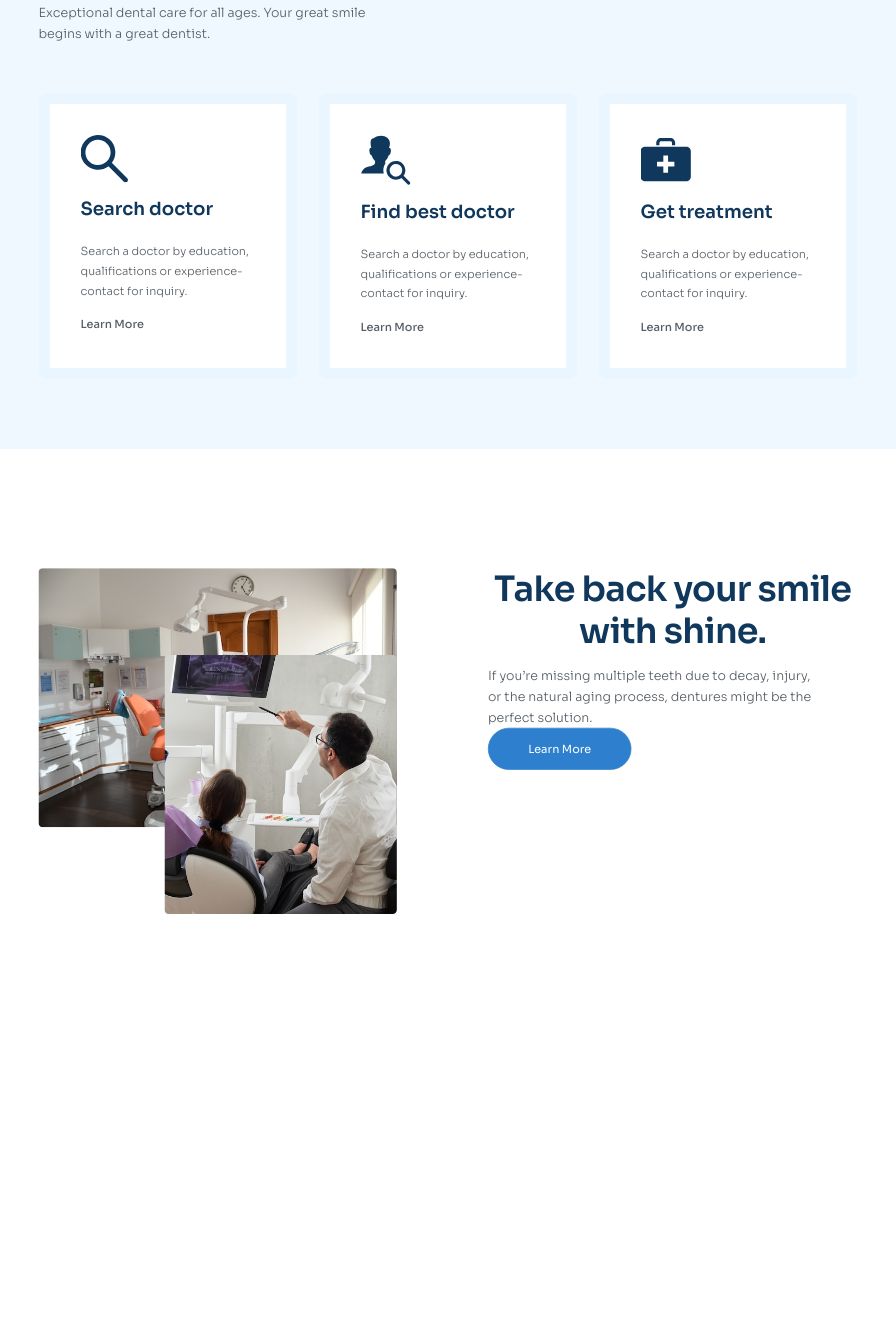
Repository: han2003dz/f8-project-03
Page: index.html
The author's editor kept a copy of each file at every save. The page is drawn from the files as they stood at one save, then again after a run of saves.
The browser window is 1280 px wide. The pictures show the part of the page from y = 2044 to 3964 px (the page is 6000 px tall), at 70% of full size.

Above is the page before, as saved 2023-05-06 22:21:25.

### index.html
<!DOCTYPE html>
<html lang="en">

<head>
    <meta charset="UTF-8">
    <meta http-equiv="X-UA-Compatible" content="IE=edge">
    <meta name="viewport" content="width=device-width, initial-scale=1.0">
    <title>Shine Smile</title>
    <!-- favicon -->
    <link rel="apple-touch-icon" sizes="57x57" href="./assets/favicon/apple-icon-57x57.png">
    <link rel="apple-touch-icon" sizes="60x60" href="./assets/favicon/apple-icon-60x60.png">
    <link rel="apple-touch-icon" sizes="72x72" href="./assets/favicon/apple-icon-72x72.png">
    <link rel="apple-touch-icon" sizes="76x76" href="./assets/favicon/apple-icon-76x76.png">
    <link rel="apple-touch-icon" sizes="114x114" href="./assets/favicon/apple-icon-114x114.png">
    <link rel="apple-touch-icon" sizes="120x120" href="./assets/favicon/apple-icon-120x120.png">
    <link rel="apple-touch-icon" sizes="144x144" href="./assets/favicon/apple-icon-144x144.png">
    <link rel="apple-touch-icon" sizes="152x152" href="./assets/favicon/apple-icon-152x152.png">
    <link rel="apple-touch-icon" sizes="180x180" href="./assets/favicon/apple-icon-180x180.png">
    <link rel="icon" type="image/png" sizes="192x192" href="./assets/favicon/android-icon-192x192.png">
    <link rel="icon" type="image/png" sizes="32x32" href="./assets/favicon/favicon-32x32.png">
    <link rel="icon" type="image/png" sizes="96x96" href="./assets/favicon/favicon-96x96.png">
    <link rel="icon" type="image/png" sizes="16x16" href="./assets/favicon/favicon-16x16.png">
    <link rel="manifest" href="./assets/favicon/manifest.json">
    <meta name="msapplication-TileColor" content="#ffffff">
    <meta name="msapplication-TileImage" content="./assets/favicon/ms-icon-144x144.png">
    <meta name="theme-color" content="#ffffff">
    <!-- embed font -->
    <link rel="preconnect" href="https://fonts.googleapis.com">
    <link rel="preconnect" href="https://fonts.gstatic.com" crossorigin>
    <link href="https://fonts.googleapis.com/css2?family=Sora:wght@300;400;500;600;700&display=swap" rel="stylesheet">
    <!-- my css -->
    <link rel="stylesheet" href="/assets/css/reset.css">
    <link rel="stylesheet" href="/assets/css/style.css">
</head>

<body style="height: 6000px;">
    <header class="header">
        <div class="container">
            <!-- nav -->
            <div class="navigation">
                <a href="#!">
                    <div class="logo">
                        <span class="logo__circle"></span>
                        <span class="logo__text">
                            <span class="logo__brand">shine</span>
                            <span class="logo__brand logo__brand--small">smile</span>
                        </span>
                    </div>
                </a>
                <nav class="navbar">
                    <ul class="nav__list">
                        <li class="nav__item">
                            <a href="#!" class="nav__link nav__link--active">Home</a>
                        </li>
                        <li class="nav__item">
                            <a href="#!" class="nav__link">Services</a>
                        </li>
                        <li class="nav__item">
                            <a href="#!" class="nav__link">About</a>
                        </li>
                        <li class="nav__item">
                            <a href="#!" class="nav__link">Doctors</a>
                        </li>
                    </ul>
                </nav>
                <!-- action -->
                <div class="header-action">
                    <a href="#!" class="header-action__login">Log In</a>
                    <button href="#!" class="header-action__sign-up btn">Sign Up</button>
                </div>
            </div>
            <!-- hero -->
            <section class="hero">
                <!-- hero content -->
                <div class="hero__content">
                    <h1 class="hero__heading">Exceptional dental care for all ages.</h1>
                    <p class="hero__desc">Exceptional dental care for all ages. Your great smile begins with a great
                        dentist.</p>
                    <div class="hero__row">
                        <a href="#!" class="btn hero__btn">Book Online</a>
                        <span class="hero__phone">or call (123) 456-7890</span>
                    </div>
                </div>
                <div class="hero__media">
                    <figure class="hero__images">
                        <img src="./assets/img/img1__hero.jpg" alt="" class="hero__img">
                        <img src="./assets/img/img2__hero.jpg" alt="" class="hero__img">
                    </figure>
                </div>

            </section>
        </div>
    </header>
    <main>
        <!-- service -->
        <div class="service">
            <div class="container">
                <h2 class="section-heading">Our services</h2>
                <p class="section-desc">Exceptional dental care for all ages. Your great smile begins with a great
                    dentist.</p>
                <div class="service__row">
                    <figure>
                        <img src="./assets/img/service-img3.jpg" alt="" class="service__img">
                    </figure>
                    <div>
                        <div class="service__list">
                            <!-- item 1 -->
                            <section class="service-item">
                                <div class="service-item__icon">
                                    <!-- icon -->
                                    <svg width="22" height="24" viewBox="0 0 22 24" fill="none"
                                        xmlns="http://www.w3.org/2000/svg">
                                        <path
                                            d="M20.3598 2.63964C17.9506 -0.556131 14.2772 -0.568132 11.2481 1.10682C11.001 1.24657 10.7219 1.31411 10.4406 1.30222C10.1592 1.29033 9.88633 1.19945 9.65105 1.03931C8.49552 0.245717 7.29036 -0.316477 5.13904 0.207462C0.623408 1.3071 0 4.90379 0 8.99816C0.0797353 12.1602 0.500857 15.3032 1.25551 18.3683C2.11836 22.0168 3.90382 24 5.43354 24C6.96326 24 7.00963 22.2204 7.00963 20.8016C7.00963 19.2009 7.39505 14.8009 10.8642 14.8009C13.5317 14.8009 14.3333 18.4013 14.3333 20.8016C14.3329 23.095 15.1722 24 16.6628 24C19.5267 24 20.9796 15.3938 21.3719 13.1237C21.7642 10.8535 22.9882 6.12569 20.3598 2.63964Z"
                                            fill="currentColor" />
                                    </svg>
                                </div>
                                <div class="service-item__body">
                                    <h3 class="service-item__heading">Oral Surgery</h3>
                                    <p class="service-item__desc">
                                        Everything you expect and then some. Cleanings, fillings, and x-rays.
                                    </p>
                                </div>
                            </section>
                            <!-- item 2 -->
                            <section class="service-item">
                                <div class="service-item__icon">
                                    <!-- icon -->
                                    <svg width="22" height="24" viewBox="0 0 22 24" fill="none"
                                        xmlns="http://www.w3.org/2000/svg">
                                        <path
                                            d="M20.3598 2.63964C17.9506 -0.556131 14.2772 -0.568132 11.2481 1.10682C11.001 1.24657 10.7219 1.31411 10.4406 1.30222C10.1592 1.29033 9.88633 1.19945 9.65105 1.03931C8.49552 0.245717 7.29036 -0.316477 5.13904 0.207462C0.623408 1.3071 0 4.90379 0 8.99816C0.0797353 12.1602 0.500857 15.3032 1.25551 18.3683C2.11836 22.0168 3.90382 24 5.43354 24C6.96326 24 7.00963 22.2204 7.00963 20.8016C7.00963 19.2009 7.39505 14.8009 10.8642 14.8009C13.5317 14.8009 14.3333 18.4013 14.3333 20.8016C14.3329 23.095 15.1722 24 16.6628 24C19.5267 24 20.9796 15.3938 21.3719 13.1237C21.7642 10.8535 22.9882 6.12569 20.3598 2.63964Z"
                                            fill="currentColor" />
                                    </svg>
                                </div>
                                <div class="service-item__body">
                                    <h3 class="service-item__heading">Wisdom Teeth Removal</h3>
                                    <p class="service-item__desc">
                                        Everything you expect and then some. Cleanings, fillings, and x-rays.
                                    </p>
                                </div>
                            </section>
                            <!-- item 3 -->
                            <section class="service-item">
                                <div class="service-item__icon">
                                    <!-- icon -->
                                    <svg width="22" height="24" viewBox="0 0 22 24" fill="none"
                                        xmlns="http://www.w3.org/2000/svg">
                                        <path
                                            d="M20.3598 2.63964C17.9506 -0.556131 14.2772 -0.568132 11.2481 1.10682C11.001 1.24657 10.7219 1.31411 10.4406 1.30222C10.1592 1.29033 9.88633 1.19945 9.65105 1.03931C8.49552 0.245717 7.29036 -0.316477 5.13904 0.207462C0.623408 1.3071 0 4.90379 0 8.99816C0.0797353 12.1602 0.500857 15.3032 1.25551 18.3683C2.11836 22.0168 3.90382 24 5.43354 24C6.96326 24 7.00963 22.2204 7.00963 20.8016C7.00963 19.2009 7.39505 14.8009 10.8642 14.8009C13.5317 14.8009 14.3333 18.4013 14.3333 20.8016C14.3329 23.095 15.1722 24 16.6628 24C19.5267 24 20.9796 15.3938 21.3719 13.1237C21.7642 10.8535 22.9882 6.12569 20.3598 2.63964Z"
                                            fill="currentColor" />
                                    </svg>
                                </div>
                                <div class="service-item__body">
                                    <h3 class="service-item__heading">Preventative Dentistry</h3>
                                    <p class="service-item__desc">
                                        Everything you expect and then some. Cleanings, fillings, and x-rays.
                                    </p>
                                </div>
                            </section>
                        </div>
                        <a href="" class="btn service__btn">All Services</a>
                    </div>
                </div>
            </div>
        </div>
        <section class="work">
            <div class="container">
                <h2 class="section-heading heading__work">How it works</h2>
                <p class="section-desc desc__work">Exceptional dental care for all ages. Your great smile begins with a
                    great dentist.
                </p>
                <div class="work__list">
                    <!-- item 1 -->
                    <section class="work-item">
                        <img src="./assets/icon/search.svg" alt="" class="work-item__icon">
                        <h3 class="work-item__heading">Search doctor</h3>
                        <p class="work-item__desc">Search a doctor by education, qualifications or experience-contact
                            for inquiry.
                        </p>
                        <a href="#!" class="learn-more">Learn More</a>
                    </section>
                    <!-- item 2 -->
                    <section class="work-item">
                        <img src="./assets/icon/search-user.svg" alt="" class="work-item__icon">
                        <h3 class="work-item__heading">Find best doctor</h3>
                        <p class="work-item__desc">Search a doctor by education, qualifications or experience-contact
                            for inquiry.
                        </p>
                        <a href="#!" class="learn-more">Learn More</a>
                    </section>
                    <!-- item 3 -->
                    <section class="work-item">
                        <img src="./assets/icon/bag.svg" alt="" class="work-item__icon">
                        <h3 class="work-item__heading">Get treatment</h3>
                        <p class="work-item__desc">Search a doctor by education, qualifications or experience-contact
                            for inquiry.
                        </p>
                        <a href="#!" class="learn-more">Learn More</a>
                    </section>
                </div>
            </div>
        </section>
        <!-- feature -->
        <section class="feature">
            <div class="container">
                <div class="feature-body">
                    <div class="feature__media">
                        <figure class="feature__images">
                            <img src="./assets/img/feature-img1.jpg" alt="" class="feature__img">
                            <img src="./assets/img/feature-img2.jpg" alt="" class="feature__img">
                        </figure>
                    </div>
                    <section class="feature__content">
                        <h2 class="section-heading">Take back your smile with shine.</h2>
                        <p class="section-desc">If you’re missing multiple teeth due to decay, injury, or the natural aging
                            process, dentures might be the perfect solution.
                        </p>
                        <a href="#!" class="btn feature__cta">Learn More</a>
                    </section>
                </div>
            </div>
        </section>
    </main>
    <script src="./assets/app.js"></script>
</body>

</html>

### assets/css/style.css
* {
  box-sizing: border-box;
}
html {
  font-size: 62.5%;
}
body {
  font-size: 1.6rem;
  font-family: "Sora", sans-serif;
}
/* common */
.container {
  width: 1170px;
  max-width: calc(100% - 48px);
  margin: 0 auto;
}
.navigation {
  display: flex;
  justify-content: space-between;
  align-items: center;
}
a {
  text-decoration: none;
}
:root {
  --header-bg: #10375c;
  --primary-color: #2e80ce;
  --height-btn: 60px;
}
.nav__link,
.header-action__login {
  padding: 5px 14px;
  font-size: 1.6rem;
  font-weight: 300;
  color: #c9d2da;
}
.header-action__login:hover,
.nav__link:hover,
.nav__link--active {
  text-shadow: 1px 0 0 #fff;
}
.btn {
  display: inline-block;
  min-width: 205px;
  height: var(--height-btn);
  padding: 0 20px;
  border: 1px solid var(--primary-color);
  line-height: var(--height-btn);
  border-radius: 999px;
  font-weight: 400;
  font-size: 1.6rem;
  text-align: center;
  color: #fff;
  background: var(--primary-color);
}
.btn:hover {
  opacity: 0.9;
  cursor: pointer;
}
/* header */
.header {
  padding-top: 30px;
  padding-bottom: 100px;
  min-height: 100vh;
  background: var(--header-bg);
}

.logo {
  /* 1em = 10px */
  font-size: 1rem;
  position: relative;
  display: inline-flex;
  align-items: center;
}
.logo__circle::before,
.logo__circle::after {
  display: inline-block;
  content: "";
  border-radius: 50%;
}
.logo__circle::before {
  width: 3em;
  height: 3em;
  background: var(--primary-color);
}
.logo__circle::after {
  width: 1.6em;
  height: 1.6em;
  background: #fff;
  position: absolute;
  top: 1.1em;
  left: 1.1em;
}
.logo__text {
  margin-left: 0.6em;
  text-align: right;
  line-height: 1.6em;
}
.logo__brand {
  display: block;
  font-weight: 400;
  font-size: 1.8em;
  color: #fff;
}
.logo__brand--small {
  font-size: 1.2em;
  font-weight: 300;
}
/* navbar */
.navbar .nav__list {
  display: flex;
}
.nav__link {
  padding: 5px 21px;
}
.nav__link--active {
  pointer-events: none;
}
.nav__link--active::before {
  position: relative;
  left: -8px;
  bottom: 2px;
  content: "";
  display: inline-block;
  width: 6px;
  height: 6px;
  background: #fff;
  border-radius: 50%;
}
/* header-action */
.header-action {
  display: flex;
  align-items: center;
}
.header-action__login {
  margin-right: 7px;
}
.header-action__sign-up {
  min-width: 120px;
}
/* hero */
.hero {
  display: flex;
  margin-top: 76px;
  align-items: center;
}
.hero__content {
  /* giải quyết vấn đề co nhỏ */
  flex-shrink: 0;
  width: 44%;
}
.hero__media {
  flex-grow: 1;
}
.hero__heading {
  font-weight: 600;
  font-size: 7rem;
  line-height: 1.14;
  /* or 114% */
  letter-spacing: -0.02em;
  color: #ffffff;
}
.hero__desc {
  font-weight: 300;
  font-size: 1.8rem;
  line-height: 1.67;
  /* or 167% */
  color: #c9d2da;
  margin-top: 22px;
  margin-bottom: 38px;
}
.hero__phone {
  font-weight: 400;
  font-size: 1.8rem;
  line-height: 1.67;
  color: #fff;
}
.hero__row {
  display: flex;
  align-items: center;
  gap: 38px;
}
.hero__images {
  display: flex;
  align-items: center;
  justify-content: flex-end;
}
.hero__img {
  width: 330px;
  height: 500px;
  border-radius: 6px;
  object-fit: cover;
}
.hero__img:last-child {
  width: 210px;
  height: 400px;
}
/* service */
.service {
  padding: 170px 0;
}
.section-heading,
.section-desc {
  text-align: center;
}
.section-heading {
  font-weight: 600;
  font-size: 5rem;
  line-height: 1.2;
  /* identical to box height, or 120% */
  letter-spacing: -0.02em;
  color: #10375c;
  margin-bottom: 18px;
}
.section-desc {
  font-weight: 300;
  font-size: 1.8rem;
  line-height: 1.67;
  /* or 167% */
  margin: 0 auto;
  color: #575f66;
  max-width: 468px;
}
.service__row {
  margin-top: 70px;
  display: flex;
  justify-content: space-between;
  align-items: center;
}
.service__img {
  width: 570px;
  height: 570px;
  object-fit: cover;
  border-radius: 12px;
}
.service-item {
  display: flex;
  max-width: 420px;
  height: 128px;
  background: #ffffff;
  border-radius: 10px;
  align-items: center;
}
.service-item:hover {
  box-shadow: 0px 14px 28px rgba(0, 0, 0, 0.05);
  border-radius: 10px;
  cursor: pointer;
  position: relative;
}
.service-item:hover .service-item__icon {
  background: #2e80ce;
  box-shadow: 0px 8px 16px rgba(40, 155, 222, 0.15);
  color: #fff;
}
.service-item__heading {
  font-weight: 600;
  font-size: 1.8rem;
  line-height: 1.27;
  /* identical to box height */
  color: #10375c;
  margin-bottom: 8px;
}
.service-item__desc {
  font-weight: 300;
  font-size: 1.6rem;
  line-height: 1.75;
  /* or 175% */
  color: #575f66;
  max-width: 308px;
}
.service-item__icon {
  display: flex;
  justify-content: center;
  align-items: center;
  margin-right: 19px;
  margin-left: 22px;
  flex-shrink: 0;
  width: 60px;
  height: 60px;
  border-radius: 50%;
  background: #eff6fd;
  box-shadow: 0px 8px 16px rgba(0, 0, 0, 0.05);
  color: #10375c;
}
.service-item__body {
  margin-left: 20px;
}
.service__btn {
  margin-top: 55px;
}
/* work */
.work {
  padding: 100px 0;
  background: #f0f8ff;
}
.heading__work,
.desc__work {
  text-align: left;
  margin: 0;
}
.desc__work {
  margin-top: 18px;
}
.work__list {
  display: grid;
  grid-template-columns: repeat(3, 1fr);
  margin-top: 70px;
  column-gap: 30px;
}
.work-item {
  padding: 44px;
  border-radius: 12px;
  border: 16px solid #eaf6ff;
  background: #fff;
  transition: 0.25s;
}
.work-item:hover {
  border: 16px solid var(--primary-color);
  transform: translateY(-16px);
}
.work-item__heading {
  margin-top: 18px;
  font-weight: 600;
  font-size: 2.6rem;
  line-height: 1.38;
  /* identical to box height, or 138% */
  color: var(--header-bg);
}
.work-item__desc,
.learn-more {
  margin-top: 28px;
  font-weight: 300;
  font-size: 16px;
  line-height: 28px;
  /* or 175% */
  color: #575f66;
}
.learn-more {
  display: inline-block;
  margin-top: 20px;
  font-weight: 500;
}
.learn-more:hover {
  font-weight: 600;
  color: #2e80ce;
  transition: 0.2s;
  transform: translateY(-3px);
}

/* feature */
.feature {
  margin-top: 85px;
  padding: 85px 0;
}
.feature-body {
  display: flex;
  column-gap: 130px;
}
.feature__media {
  width: 48%;
}
.feature__images {
  position: relative;
  padding-bottom: 121px;
}
.feature__img {
  width: 512px;
  height: 370px;
  border-radius: 6px;
  object-fit: cover;
}
.feature__img:last-child {
  width: 332px;
  position: absolute;
  right: 0;
  bottom: 0;
}
.section-heading {
  font-size: 5rem;
  line-height: 1.2;
}
.section-heading__feature,
.section-desc {
  text-align: left;
  margin: 0;
}

### assets/app.js
const navItems = document.querySelectorAll(".nav__link");
function handleClickNav(event){
    [...navItems].forEach(item => item.classList.remove("nav__link--active"));
    event.target.classList.add("nav__link--active");
    console.log(event.target);
}
[...navItems].forEach(item => item.addEventListener("click", handleClickNav));

Loaded but not shown: assets/css/reset.css (common file)

After the next 2 saves:
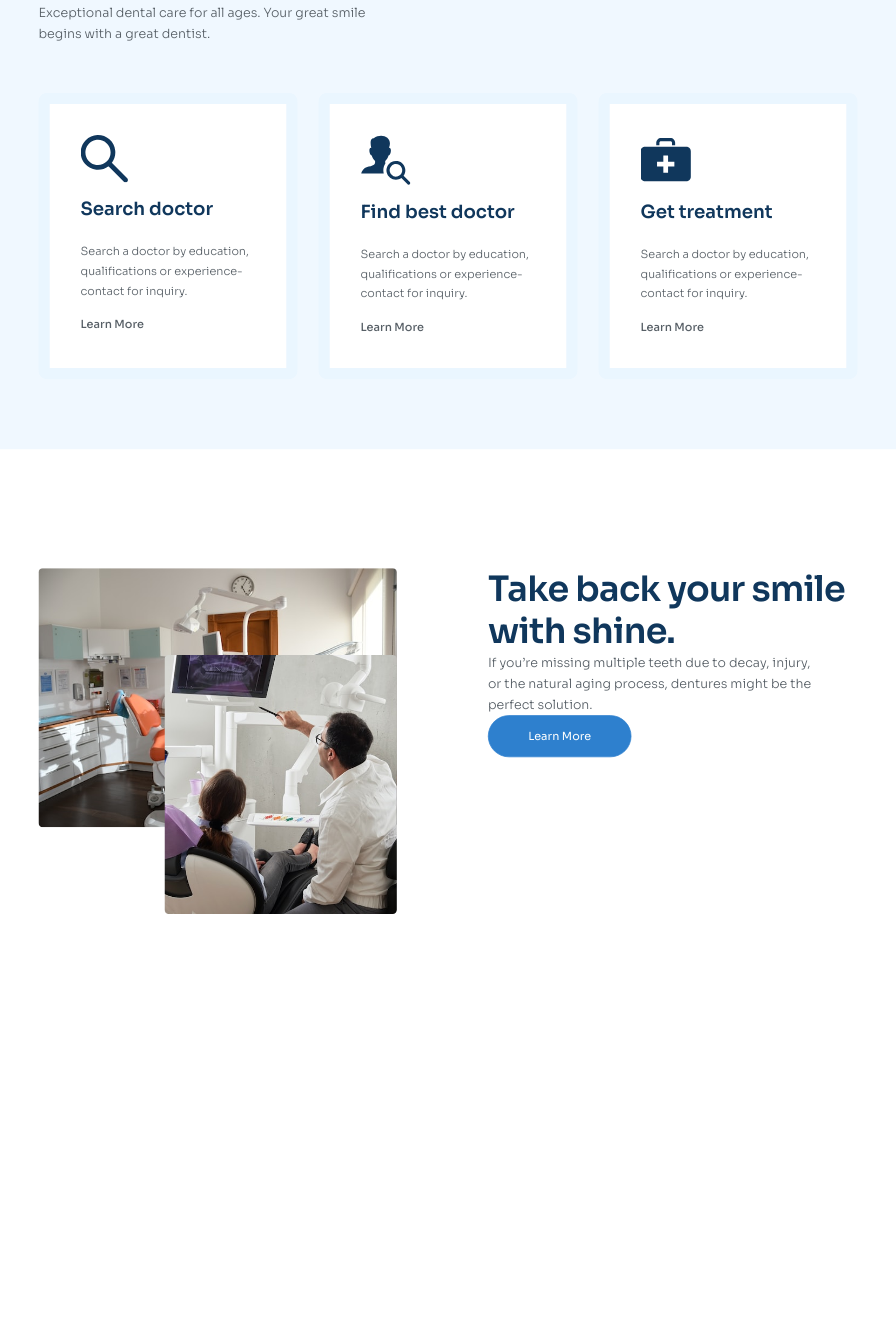
The 2 saves are shown as one change because they came seconds apart.
The last was saved 25 s later.
--- a/assets/css/style.css
+++ b/assets/css/style.css
@@ -379,7 +379,7 @@ a {
   font-size: 5rem;
   line-height: 1.2;
 }
-.section-heading__feature,
+.feature__content .section-heading,
 .section-desc {
   text-align: left;
   margin: 0;
